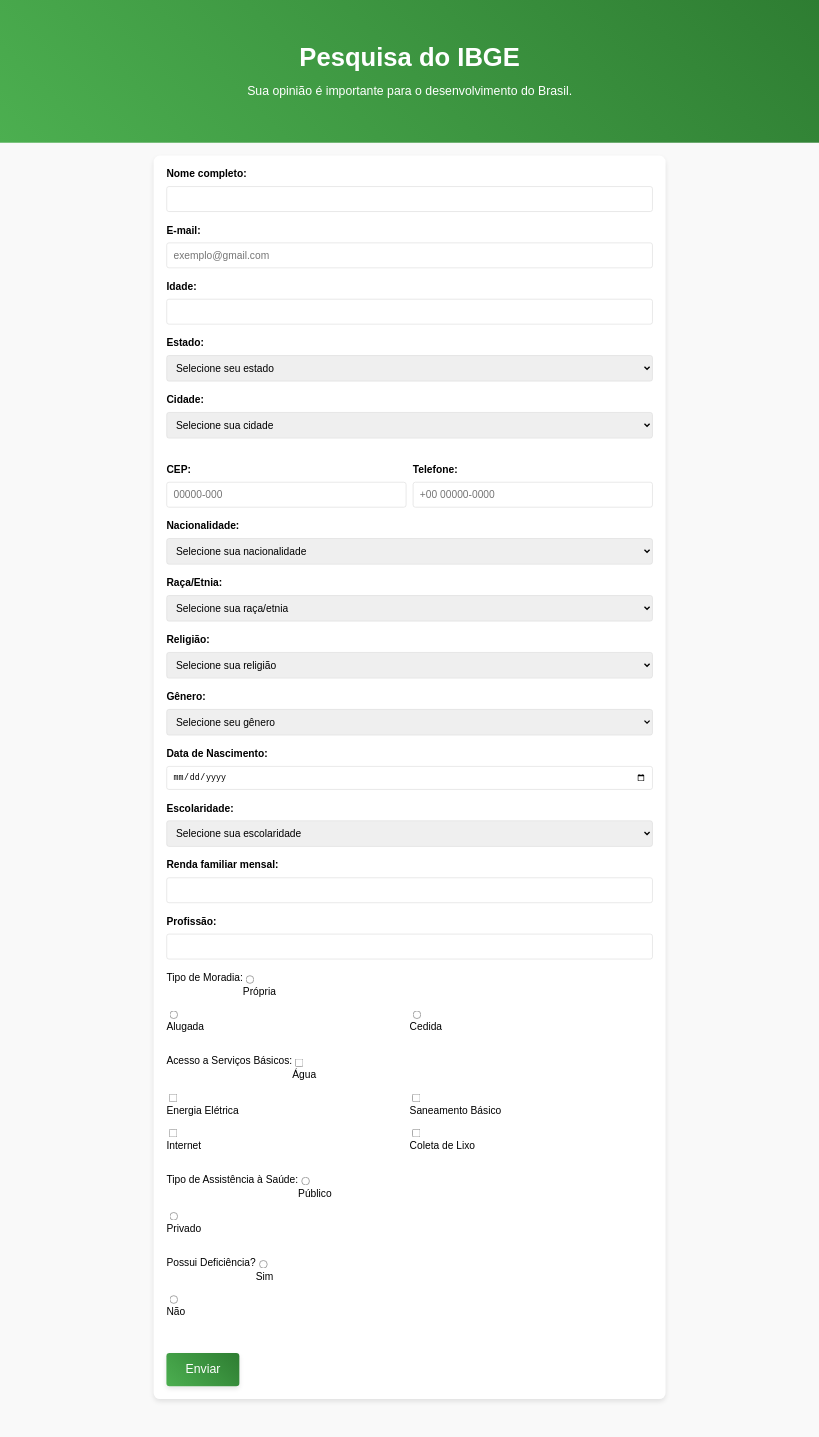
Repository: Gabrielb0rn/Projeto-Formul-rio.io
Page: index.html
An editor plug-in stored every save of this project. The page is shown before and after a run of saves, followed by the edit.
The browser window is 1280 px wide. The pictures show the whole page, at 64% of full size.

Above is the page before, as saved 2024-07-01 08:50:33.

After the next 2 saves:
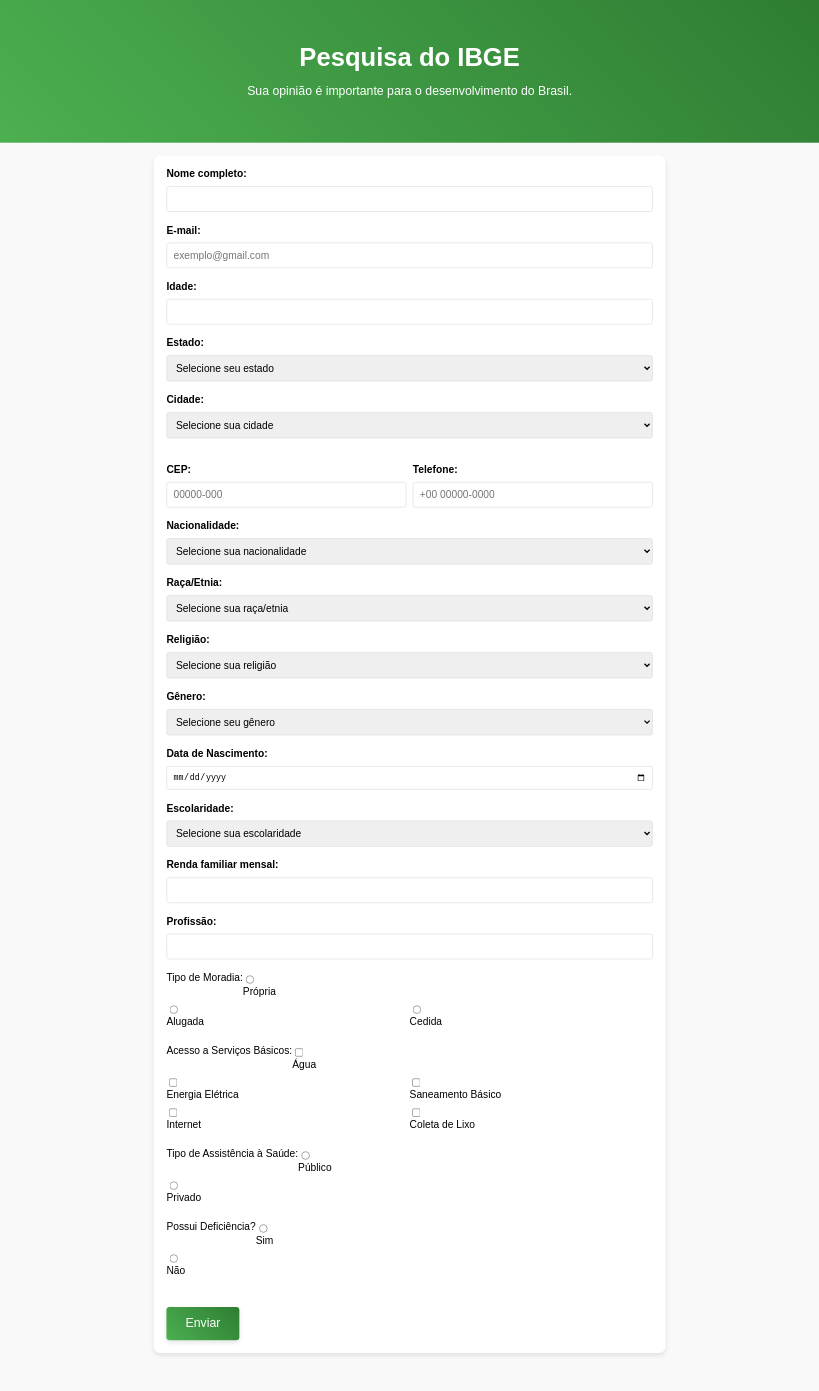
The 2 saves are shown as one change because they came seconds apart.
The last was saved 8 s later.
--- a/assets/style.css
+++ b/assets/style.css
@@ -131,9 +131,9 @@
 }
 
 .form-group.checkbox-group > div, .form-group.radio-group > div {
-    flex: 3;
+    flex: 2;
     min-width: 45%;
-    margin-bottom: 10px;
+    margin-bottom: 2px;
 }
 
 .form-group.checkbox-group label, .form-group.radio-group label {
